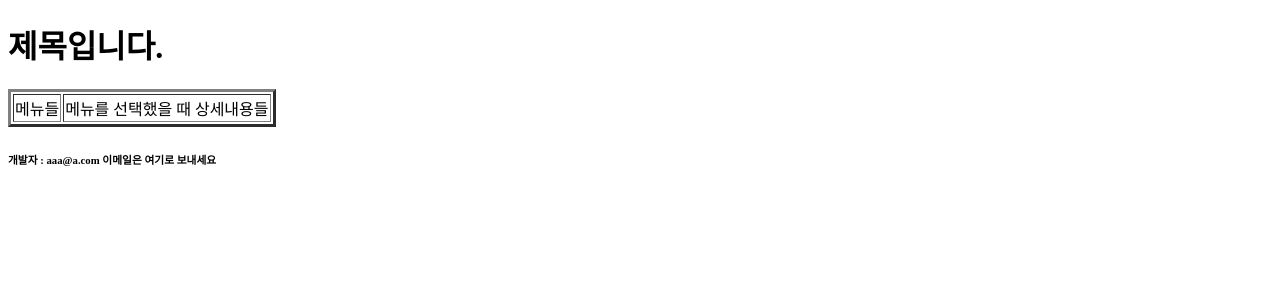
Repository: Pang-Ho/TIL
Page: JavaScript/workspace_web/htmltest/WebContent/div_span.html
An editor plug-in stored every save of this project. The page is shown before and after the next save, followed by the edit.
The browser window is 1280 px wide. The pictures show the whole page.

Above is the page before, as saved 2021-08-20 02:41:10.

After the next save:
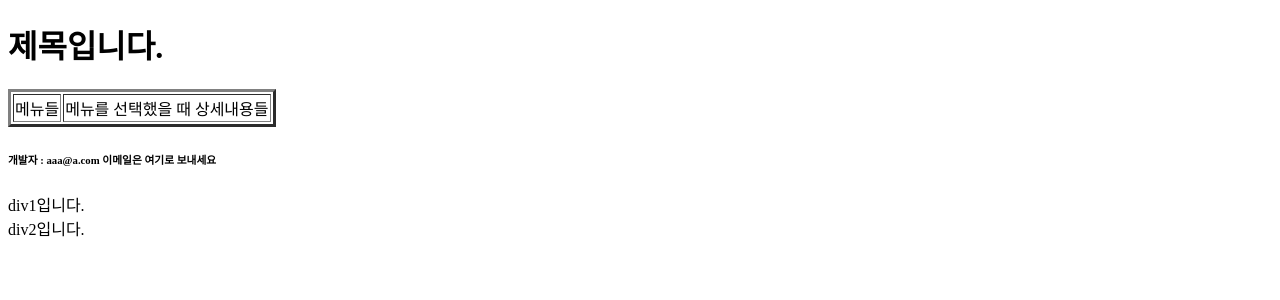
Saved 64 s later.
--- a/JavaScript/workspace_web/htmltest/WebContent/div_span.html
+++ b/JavaScript/workspace_web/htmltest/WebContent/div_span.html
@@ -14,5 +14,8 @@
 	</table>
 
 	<h6>개발자 : aaa@a.com 이메일은 여기로 보내세요</h6>
+
+	<div> div1입니다.</div>
+	<div> div2입니다.</div>
 </body>
 </html>
